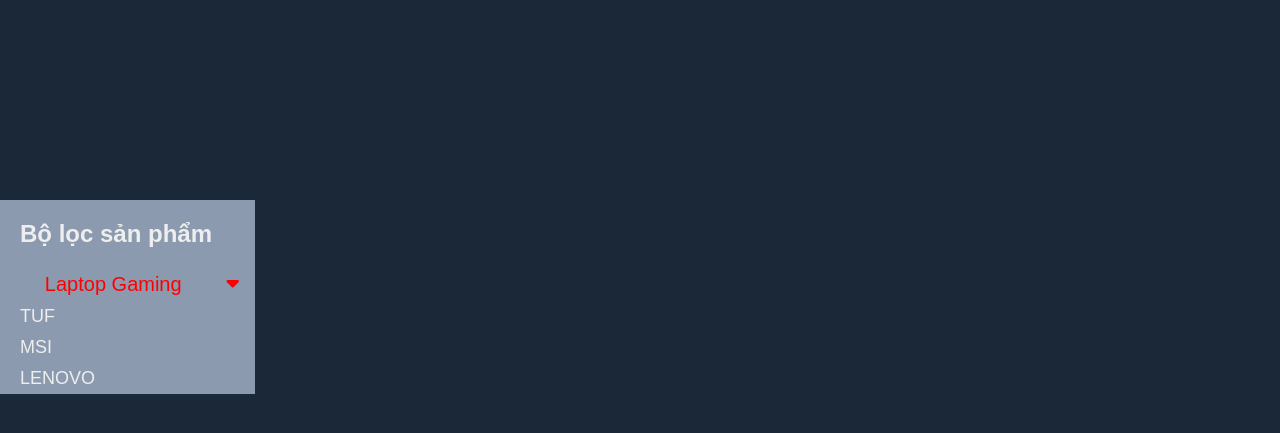
Repository: HPNChanel/DACS
Page: product.html
These files come from the project's save history. The page is drawn as it stood at one moment and after the next save; the edit follows.
The browser window is 1280 px wide. The pictures show the whole page.
After loading, the first visible `button.dropdown-btn` was clicked once.

Above is the page before, as saved 2023-04-11 17:51:49.

After the next save:
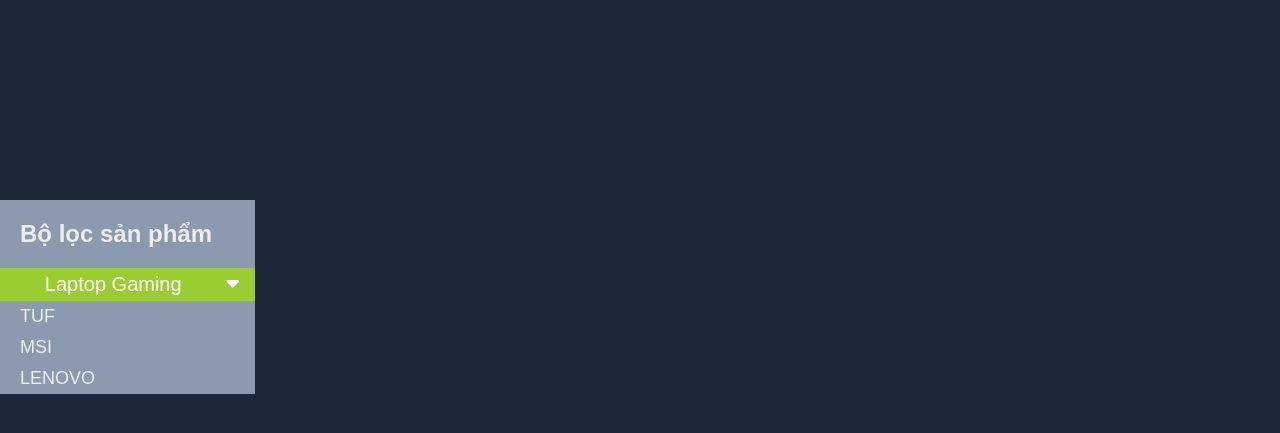
Saved 14 s later.
--- a/style/product.css
+++ b/style/product.css
@@ -53,5 +53,6 @@ h2 {
     font-size: 18px;
 }
 .active {
-    color: red;
+    color: white;
+    background-color: yellowgreen;
 }
